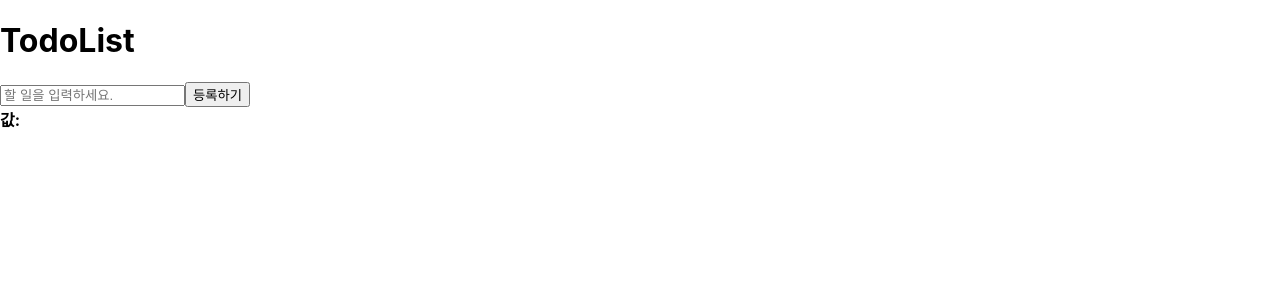
Repository: jun01270/Todo-List_React
Page: /
These files come from the project's save history. The page is drawn as it stood at one moment and after the next save; the edit follows.
The browser window is 1280 px wide. The pictures show the whole page.
The project was rebuilt for these pictures with package versions that can differ from the ones it lists, and the page was loaded fresh each time.

Above is the page before, as saved 2023-01-02 18:00:47.

### public/index.html
<!DOCTYPE html>
<html lang="en">
  <head>
    <meta charset="utf-8" />
    <link rel="preconnect" href="https://fonts.googleapis.com" />
    <link rel="preconnect" href="https://fonts.gstatic.com" crossorigin />
    <link
      href="https://fonts.googleapis.com/css2?family=Nanum+Pen+Script&display=swap"
      rel="stylesheet"
    />
    <meta name="viewport" content="width=device-width, initial-scale=1" />
    <meta name="theme-color" content="#000000" />
    <meta
      name="description"
      content="Web site created using create-react-app"
    />
    <title>React App</title>
  </head>
  <body>
    <noscript>You need to enable JavaScript to run this app.</noscript>
    <div id="root"></div>
  </body>
</html>

### src/App.js
import "./App.css";
import PracticeTodoList from "./todo";

function App() {
  return (
    <>
      <PracticeTodoList />
    </>
  );
}

export default App;

### src/todo.js
import React, { useState } from "react";
import "./App.css";

const PracticeTodoList = () => {
  const [textValue, setTextValue] = useState("");
  const [enters, setEnters] = useState([]);

  const onChange = (e) => {
    setTextValue(e.target.value);
  };

  const onCreate = (e) => {
    setEnters((enters) => [...enters, textValue]);
    setTextValue("");
  };

  return (
    <div>
      <h1 className="title">TodoList</h1>
      <input
        name="textValue"
        value={textValue}
        onChange={onChange}
        placeholder="할 일을 입력하세요."
      />
      <button onClick={onCreate} className="todoBtn">
        등록하기
      </button>
      <br />
      <b>
        값:
        {enters.map((ent) => (
          <div>{ent} </div>
        ))}
      </b>
    </div>
  );
};

export default PracticeTodoList;

### src/App.css
#todo {
  font-family: "Nanum Pen Script", cursive;
  font-size: x-large;
  display: flex;
  justify-content: center;
  text-align: center;
  flex-direction: column;
}

.todo-items {
  width: 500px;
  border: 1px solid lightblue;
}

Loaded but not shown: src/index.js (common file); src/index.css (common file); src/reportWebVitals.js (common file)

After the next save:
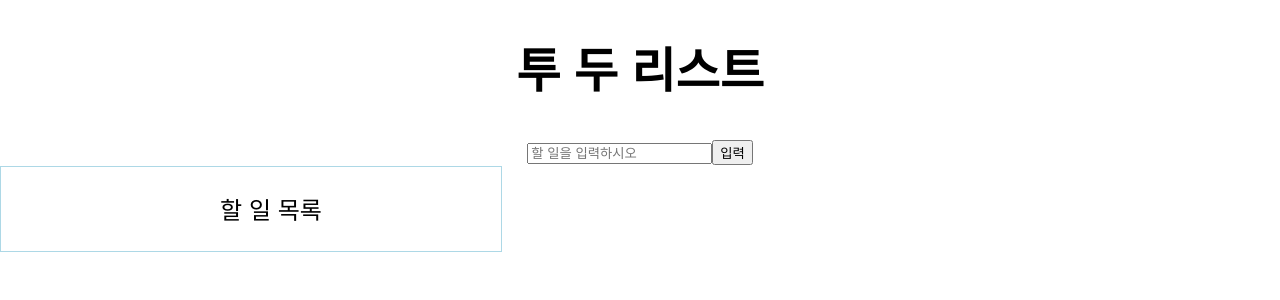
Saved 64 s later.
--- a/src/todo.js
+++ b/src/todo.js
@@ -1,40 +1,38 @@
-import React, { useState } from "react";
+import { useState } from "react";
 import "./App.css";
 
-const PracticeTodoList = () => {
-  const [textValue, setTextValue] = useState("");
-  const [enters, setEnters] = useState([]);
+function Todo() {
+  const [inputValue, setInputValue] = useState("");
+  const [todoItems, setTodoItems] = useState([]);
 
-  const onChange = (e) => {
-    setTextValue(e.target.value);
+  const handleInput = (e) => {
+    setInputValue(e.target.value);
   };
 
-  const onCreate = (e) => {
-    setEnters((enters) => [...enters, textValue]);
-    setTextValue("");
+  const handleTodo = (e) => {
+    setTodoItems([...todoItems, inputValue]);
   };
 
   return (
-    <div>
-      <h1 className="title">TodoList</h1>
-      <input
-        name="textValue"
-        value={textValue}
-        onChange={onChange}
-        placeholder="할 일을 입력하세요."
-      />
-      <button onClick={onCreate} className="todoBtn">
-        등록하기
-      </button>
-      <br />
-      <b>
-        값:
-        {enters.map((ent) => (
-          <div>{ent} </div>
+    <div id="todo">
+      <h1>투 두 리스트</h1>
+      <div>
+        <input
+          type="text"
+          placeholder="할 일을 입력하시오"
+          onChange={handleInput}
+          value={inputValue}
+        ></input>
+        <button onClick={handleTodo}>입력</button>
+      </div>
+      <div className="todo-items">
+        <ul>할 일 목록</ul>
+        {todoItems.map((todos) => (
+          <b>{todos}</b>
         ))}
-      </b>
+      </div>
     </div>
   );
-};
+}
 
-export default PracticeTodoList;
+export default Todo;
